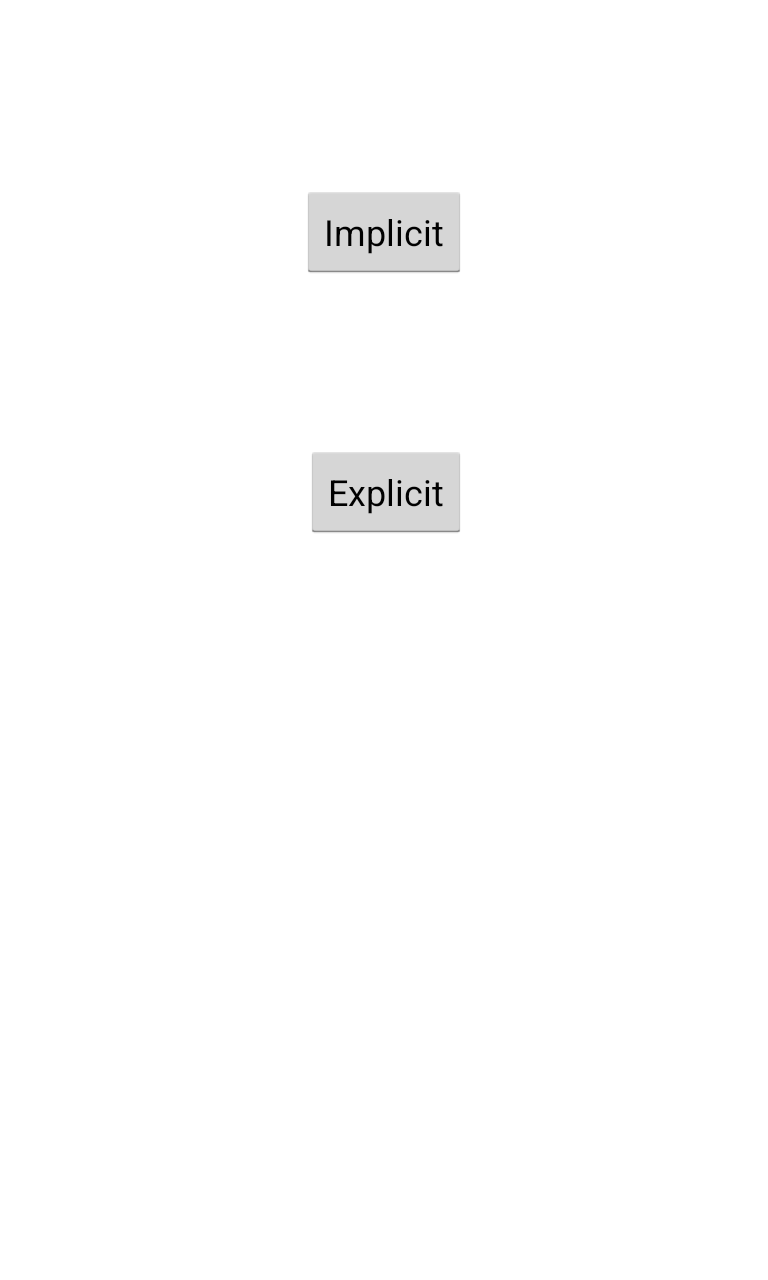
Repository: 12030121030/eventhandling
Layout: Intent/res/layout/activity_main.xml
These files come from the project's save history. The layout is drawn as it stood at one moment and after the next save; the edit follows.
It is drawn on a 768 x 1280 px phone screen (xhdpi) without system bars, with theme AppTheme; the app's code is not run.

Above is the layout before, as saved 2015-01-30 03:35:17.

### Intent/res/layout/activity_main.xml
<RelativeLayout xmlns:android="http://schemas.android.com/apk/res/android"
    xmlns:tools="http://schemas.android.com/tools"
    android:layout_width="match_parent"
    android:layout_height="match_parent"
    android:paddingBottom="@dimen/activity_vertical_margin"
    android:paddingLeft="@dimen/activity_horizontal_margin"
    android:paddingRight="@dimen/activity_horizontal_margin"
    android:paddingTop="@dimen/activity_vertical_margin"
    tools:context=".MainActivity" >

    <Button
        android:id="@+id/button1"
        android:layout_width="wrap_content"
        android:layout_height="wrap_content"
        android:layout_centerHorizontal="true"
        android:layout_marginTop="76dp"
        android:text="Implicit" />

    <Button
        android:id="@+id/button2"
        android:layout_width="wrap_content"
        android:layout_height="wrap_content"
        android:layout_alignRight="@+id/button1"
        android:layout_below="@+id/button1"
        android:layout_marginTop="82dp"
        android:text="Explicit" />

</RelativeLayout>

Loaded but not shown: Intent/res/values/styles.xml (common file); Intent/res/values-v11/styles.xml (common file); Intent/res/values-v14/styles.xml (common file); Intent/res/values/dimens.xml (common file)

After the next save:
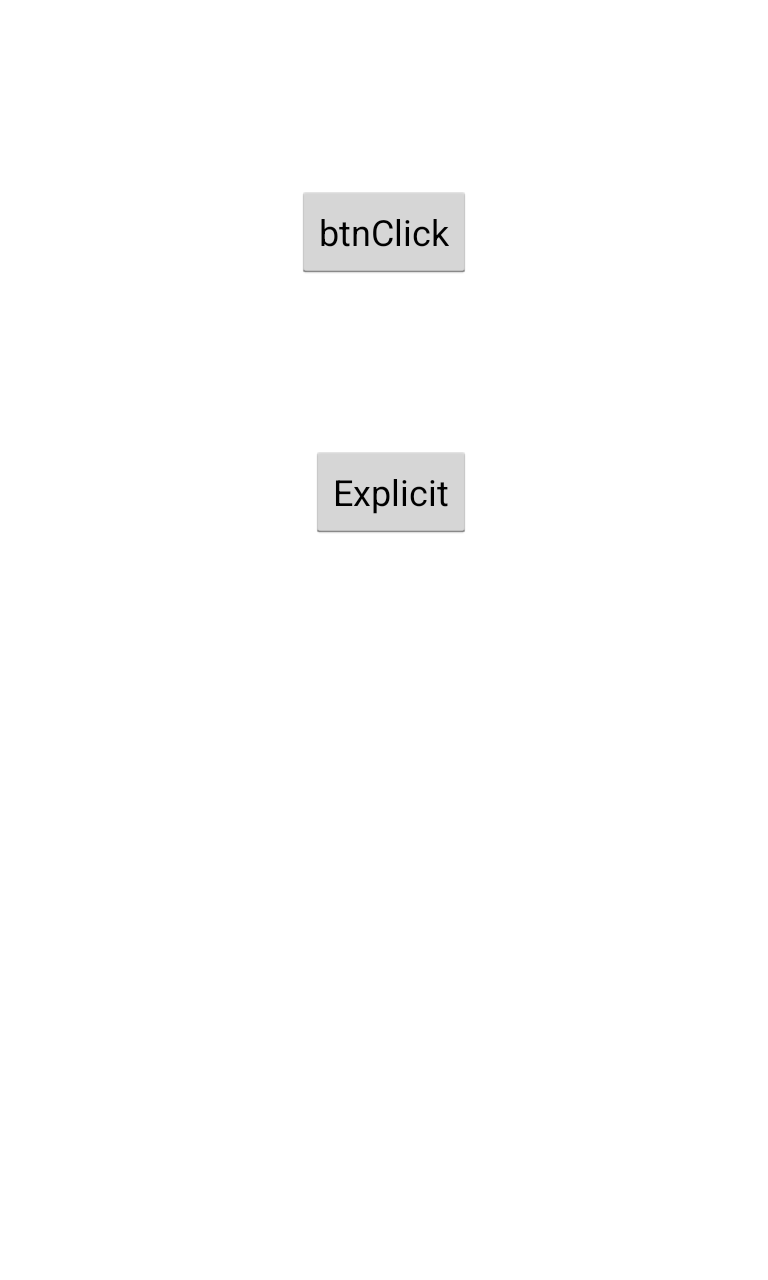
Saved 15 s later.
--- a/Intent/res/layout/activity_main.xml
+++ b/Intent/res/layout/activity_main.xml
@@ -14,7 +14,7 @@
         android:layout_height="wrap_content"
         android:layout_centerHorizontal="true"
         android:layout_marginTop="76dp"
-        android:text="Implicit" />
+        android:text="btnClick" />
 
     <Button
         android:id="@+id/button2"
